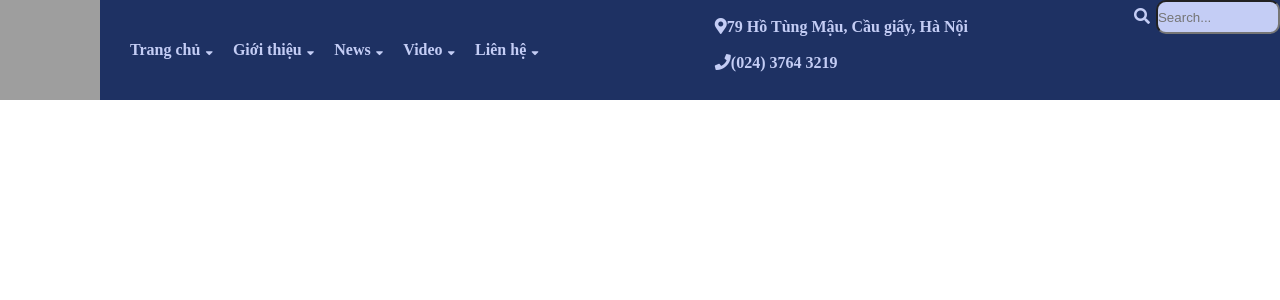
Repository: Luong-tung/newtopics
Page: index2.html
An editor plug-in stored every save of this project. The page is shown before and after the next save, followed by the edit.
The browser window is 1280 px wide. The pictures show the whole page.
Pictures or frames that could not be fetched are drawn as grey boxes. Some web libraries are served in a nearby version.

Above is the page before, as saved 2021-10-07 18:33:03.

After the next save:
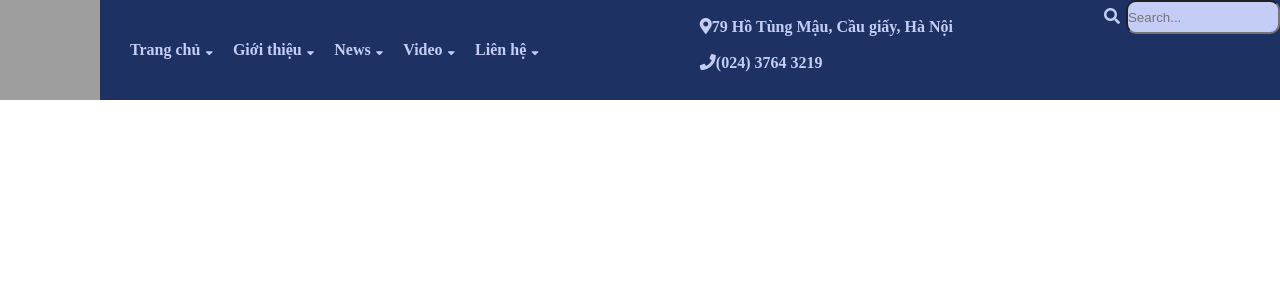
Saved 38 s later.
--- a/iu2.css
+++ b/iu2.css
@@ -55,10 +55,11 @@
     color: #c4cdf5;
     font-size: 16px;
     margin-right: 2px;
+    cursor: pointer;
 
 }
 .header .search input{
-    width: 120px;
+    width: 150px;
     height: 30px;
     background-color:#c4cdf5;
     border-radius: 10px;
